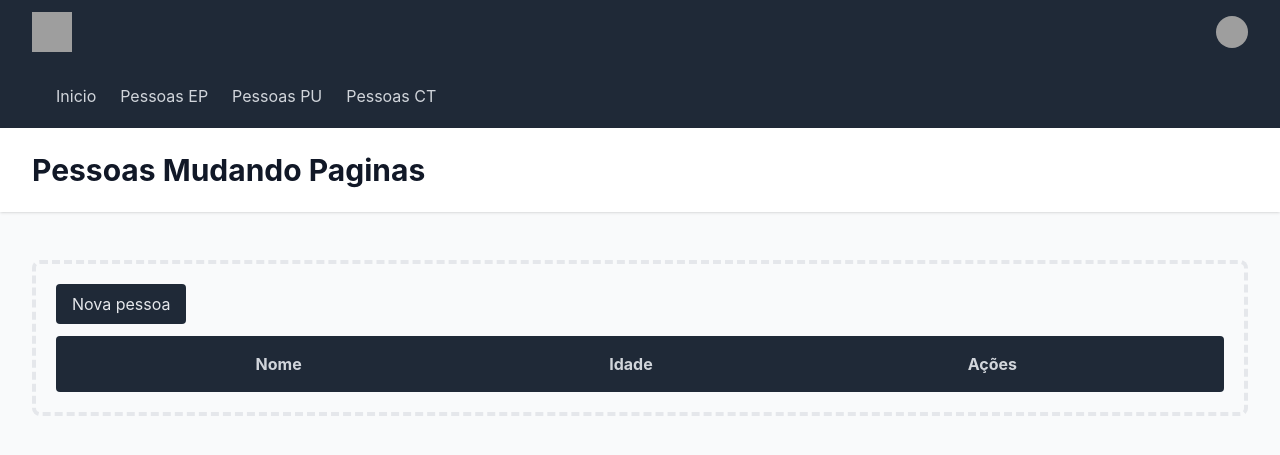
Repository: NunesXdecK/portfolio-jn-old
Page: /pessoa
An editor plug-in stored every save of this project. The page is shown before and after the next save, followed by the edit.
The browser window is 1280 px wide. The pictures show the whole page.
Pictures or frames that could not be fetched are drawn as grey boxes. The page's requests for data from a server got no answer. The project was rebuilt for these pictures with package versions that can differ from the ones it lists, and the page was loaded fresh each time. The framework's server and built-in components were replaced by stand-ins that run in the browser. No one was signed in, and anything a server would have sent is missing. Also part of the build but not shown: next.config.js.

Above is the page before, as saved 2022-01-08 12:06:19.

### src/pages/pessoa.tsx
import Botao from "../components/Botao";
import Layout from "../components/Layout";
import Tabela from "../components/Tabela";
import usePessoas from "../hooks/usePessoas";

export default function Home() {

  const {
    pessoas,
    selecionarPessoa,
    exlcuirPessoa
  } = usePessoas()

  return (
    <Layout titulo="Pessoas Mudando Paginas">
      <Botao link={true} destino="/pessoacadastro" cor="cinza">Nova pessoa</Botao>

      <Tabela
        pessoas={pessoas}
        selecionarPessoa={selecionarPessoa}
        excluirPessoa={exlcuirPessoa} />
    </Layout>
  )
}

### src/styles/globals.css
@tailwind base;
@tailwind components;
@tailwind utilities;

html, body {
  padding: 0;
  margin: 0;
  background-color: rgb(249 250 251);
  font-family: -apple-system, BlinkMacSystemFont, Segoe UI, Roboto, Oxygen,
    Ubuntu, Cantarell, Fira Sans, Droid Sans, Helvetica Neue, sans-serif;
}

a {
  color: inherit;
  text-decoration: none;
}

* {
  box-sizing: border-box;
}

### src/components/Botao.tsx
import Link from "next/link"

interface BotaoProps {
    cor?: 'verde' | 'azul' | 'cinza' | 'vermelho'
    children: any,
    onClick?: () => void,
    link?: boolean,
    destino?: string
}

export default function Botao(props: BotaoProps) {
    const cinza = "bg-gray-800 hover:bg-gray-600"
    const vermelho = "bg-red-800 hover:bg-red-600"
    const azul = "bg-blue-800 hover:bg-blue-600"
    const verde = "bg-green-800 hover:bg-green-600"
    let cor = cinza

    switch (props.cor) {
        case 'vermelho':
            cor = vermelho
            break
        case 'azul':
            cor = azul
            break
        case 'verde':
            cor = verde
            break
    }

    const styleFinal = "px-4 py-2 mb-3 mr-3 rounded text-gray-200 " + cor + " transition"

    return (
        props.link ?
            (<Link href={props.destino}>
                <button className={styleFinal}>
                    {props.children}
                </button>
            </Link>)
            : (
                <button onClick={props.onClick} className={styleFinal}>
                    {props.children}
                </button>
            )
    )
}

### src/components/Layout.tsx
import Menu from "./Menu"
import Titulo from "./Titulo"

interface LayoutProps {
    titulo?: string
    children?: any
}

export default function Layout(props: LayoutProps) {
    return (
        <div className="h-full">
            <header>
                <Menu/>
                <div className="bg-white shadow">
                    <Titulo>{props.titulo}</Titulo>
                </div>
            </header>

            <main>
                <div className="max-w-7xl mx-auto py-6 sm:px-6 lg:px-8">
                    <div className="px-4 py-6 sm:px-0">
                        <div className="p-5 border-4 border-dashed border-gray-200 rounded-lg">
                            {props.children ?? "Sem Conteúdo"}
                        </div>
                    </div>
                </div>
            </main>
        </div>
    )
}

### src/components/Tabela.tsx
import Link from "next/link";
import Pessoa from "../core/Pessoa";
import { IconeEdicao, IconeLixeira, IconeTabelaButtonEdicaoStyles, IconeTabelaButtonLixeiraStyles } from "./Icones";

interface TabelaProps {
    pessoas: Pessoa[],
    verId?: boolean,
    paginaUnica?: boolean,
    selecionarPessoa?: (pessoa: Pessoa) => void,
    excluirPessoa?: (pessoa: Pessoa) => void
}

export default function Tabela(props: TabelaProps) {

    let tdStyles = "text-center p-4"
    let tdStylesSm = tdStyles + "md:invisible"

    function renderizarCabecalho() {
        return (
            <tr>
                {props.verId ? <th className={tdStylesSm}>Código</th> : false}
                <th className={tdStyles}>Nome</th>
                <th className={tdStylesSm}>Idade</th>
                {props.selecionarPessoa || props.excluirPessoa ? (
                    <th className={tdStyles}>Ações</th>
                ) : false}
            </tr>
        )
    }

    function renderizarDados() {
        return props.pessoas?.map((pessoa, i) => {
            return (
                <tr key={pessoa.id}
                    className={`${i % 2 === 0 ? "bg-gray-100" : "bg-gray-200"}`}>
                    {props.verId ? <td className={tdStylesSm}>{pessoa.id}</td> : false}
                    <td className={tdStyles}>{pessoa.nome}</td>
                    <td className={tdStylesSm}>{pessoa.idade}</td>
                    {props.selecionarPessoa || props.excluirPessoa ? (
                        renderizarAcoes(pessoa)
                    ) : false}
                </tr>
            )
        })
    }

    function renderizaBotaoEdicao(pessoa: Pessoa) {
        let botao
        if (props.paginaUnica) {
            botao = (
                <button onClick={() => props.selecionarPessoa?.(pessoa)} className={IconeTabelaButtonEdicaoStyles}>
                    {IconeEdicao}
                </button>
            )
        } else {
            botao = (
                <Link href={{ pathname: "/pessoacadastro", query: { "id": pessoa.id, "nome": pessoa.nome, "idade": pessoa.idade } }}>
                    <button className={IconeTabelaButtonEdicaoStyles}>
                        {IconeEdicao}
                    </button>
                </Link>
            )
        }
        return botao
    }

    function renderizarAcoes(pessoa: Pessoa) {
        return (
            <td className="p-4 justify-center flex">
                {props.selecionarPessoa ? (
                    renderizaBotaoEdicao(pessoa)
                ) : false}

                {props.excluirPessoa ? (
                    <button onClick={() => props.excluirPessoa?.(pessoa)} className={IconeTabelaButtonLixeiraStyles}>{IconeLixeira}</button>
                ) : false}
            </td>
        )
    }

    return (
        <table className="w-full overflow-hidden rounded">
            <thead className="bg-gray-800 text-gray-300">
                {renderizarCabecalho()}
            </thead>
            <tbody>
                {renderizarDados()}
            </tbody>
        </table>
    )
}

### src/hooks/usePessoas.ts
import { useEffect, useState } from "react"
import Pessoa from "../core/Pessoa"
import PessoaColecao from "../db/PessoaColecao"
import useTabelaForm from "./useTabelaForm"

export default function usePessoas() {
    const repo = new PessoaColecao()

    const { tabelaVisivel, exibirTabela, exibirFormulario } = useTabelaForm()

    const [pessoa, setPessoa] = useState<Pessoa>(Pessoa.vazio())
    const [pessoas, setPessoas] = useState<Pessoa[]>([])

    useEffect(() => {
        obterPessoas()
    }, [])

    function obterPessoas() {
        repo.obterTodos().then(setPessoas)
        exibirTabela()
    }

    function obterPessoa(id: string) {
        return repo.obterPessoa(id)
    }

    function novaPessoa() {
        setPessoa(Pessoa.vazio())
        exibirFormulario()
    }

    function salvarPessoa(pessoa: Pessoa) {
        let r = repo.salvar(pessoa)
        if (r) {
            obterPessoas()
        }
    }

    function selecionarPessoa(pessoa: Pessoa) {
        setPessoa(pessoa)
        exibirFormulario()
    }

    function exlcuirPessoa(pessoa: Pessoa) {
        let r = repo.excluir(pessoa)
        if (r) {
            obterPessoas()
        }
    }

    return {
        tabelaVisivel,
        pessoa,
        pessoas,
        obterPessoas,
        obterPessoa,
        salvarPessoa,
        novaPessoa,
        selecionarPessoa,
        exlcuirPessoa
    }
}

### src/components/Menu.tsx
import Navegador from "./Navegador"

interface MenuProps {
    titulo?: any
}

export default function Menu(props: MenuProps) {
    return (
        <div className="min-h-full">
            <div className="bg-gray-800">
                <div className="max-w-7xl mx-auto px-4 sm:px-6 lg:px-8">
                    <div className="flex items-center justify-between h-16">
                        <div className="flex items-center">
                            <div className="flex-shrink-0">
                                <img
                                    className="h-10 w-10"
                                    src="https://tailwindui.com/img/logos/workflow-mark-indigo-500.svg"
                                    alt="Workflow"
                                />
                            </div>
                        </div>
                        <img
                            src="https://tailwindui.com/img/logos/workflow-mark-indigo-500.svg"
                            alt="Workflow"
                            className="h-8 w-8 rounded-full"
                        />
                    </div>

                    <div className="flex items-center justify-between">
                        <nav className="p-3 flex items-center">
                            <Navegador destino="/">Inicio</Navegador>
                            <Navegador destino="/pessoa">Pessoas EP</Navegador>
                            <Navegador destino="/pessoaPU">Pessoas PU</Navegador>
                            <Navegador destino="/pessoaCT">Pessoas CT</Navegador>
                        </nav>
                    </div>
                </div>
            </div>
        </div>
    )
}

### src/components/Titulo.tsx
interface TituloProps {
    children?: any
}

export default function Titulo(props: TituloProps) {
    return (
        <div className="max-w-7xl mx-auto py-6 px-4 sm:px-6 lg:px-8">
            <h1 className="text-3xl font-bold text-gray-900">{props.children ?? "Titulo Placeholder"}</h1>
        </div>
    )
}

### src/components/Icones.tsx
export const IconeEdicao = (
    <svg xmlns="http://www.w3.org/2000/svg" className="h-6 w-6" fill="none" viewBox="0 0 24 24" stroke="currentColor" >
        <path strokeLinecap="round" strokeLinejoin="round" strokeWidth={2} d="M11 5H6a2 2 0 00-2 2v11a2 2 0 002 2h11a2 2 0 002-2v-5m-1.414-9.414a2 2 0 112.828 2.828L11.828 15H9v-2.828l8.586-8.586z" />
    </svg>
)

export const IconeLixeira = (
    <svg xmlns="http://www.w3.org/2000/svg" className="h-6 w-6" fill="none" viewBox="0 0 24 24" stroke="currentColor">
        <path strokeLinecap="round" strokeLinejoin="round" strokeWidth={2} d="M19 7l-.867 12.142A2 2 0 0116.138 21H7.862a2 2 0 01-1.995-1.858L5 7m5 4v6m4-6v6m1-10V4a1 1 0 00-1-1h-4a1 1 0 00-1 1v3M4 7h16" />
    </svg>
)

export const IconeTabelaButtonEdicaoStyles = "flex justify-center items-center p-2 m-1 rounded-full hover:text-green-600 transition"
export const IconeTabelaButtonLixeiraStyles = "flex justify-center items-center p-2 m-1 rounded-full hover:text-red-500 transition"

### src/core/Pessoa.ts
export default class Pessoa {
    #id: string
    #nome: string
    #idade: number

    static vazio() {
        return new Pessoa("", 0)
    }

    static pessoas() {
        const pessoas = [
            new Pessoa("Natasha", 30, "1"),
            new Pessoa("Melissa", 4, "12"),
            new Pessoa("Auxiliadora", 58, "44"),
            new Pessoa("Júnior", 34, "433")
        ]
        return pessoas
    }

    constructor(nome: string, idade: number, id: string = null) {
        this.#nome = nome
        this.#idade = idade
        this.#id = id
    }

    get id() {
        return this.#id
    }

    get nome() {
        return this.#nome
    }

    get idade() {
        return this.#idade
    }
}

### src/db/PessoaColecao.ts
import Pessoa from "../core/Pessoa";
import { collection, deleteDoc, doc, getDoc, getDocs, orderBy, query, setDoc, updateDoc } from "firebase/firestore";
import { db } from "./firebaseDB";

export default class PessoaColecao {

    #conversor = {
        toFirestore(pessoa: Pessoa) {
            return {
                nome: pessoa.nome,
                idade: pessoa.idade
            }
        },
        fromFirestore(snapshot, options): Pessoa {
            const dados = snapshot?.data(options)
            return new Pessoa(dados.nome, dados.idade, snapshot?.id)
        }
    }

    async obterTodos() {
        const q = query(this.colecao(), orderBy("nome", "asc"))
        const promise = await getDocs(q)
        let pessoas = []
        promise.docs.map(doc => {
            pessoas.push(doc.data())
        })
        return pessoas
    }

    async obterPessoa(id: string) {
        let pessoa = Pessoa.vazio()
        try {
            const docRef = await doc(this.colecao(), id)
            const pesRef = getDoc(docRef)
            const data = (await pesRef).data()
            pessoa = new Pessoa(data.nome, data.idade, data.id)
            return pessoa
        } catch (e) {
            console.log(e)
            return pessoa
        }
    }

    async salvar(pessoa: Pessoa) {
        try {
            if (pessoa?.id) {
                const docRef = await doc(this.colecao(), pessoa.id)
                await updateDoc(docRef, this.#conversor.toFirestore(pessoa))
                return true
            } else {
                const docRef = await doc(this.colecao())
                await setDoc(docRef, this.#conversor.toFirestore(pessoa))
                return true
            }
        } catch (e) {
            console.log(e)
        }
        return false
    }

    async excluir(pessoa: Pessoa) {
        try {
            const docRef = await doc(this.colecao(), pessoa.id)
            await deleteDoc(docRef)
            return true
        } catch (e) {
            console.log(e)
        }
        return false
    }

    private colecao() {
        const collectionRef = collection(db, "pessoa").withConverter(this.#conversor);
        return collectionRef
    }
}

### src/hooks/useTabelaForm.ts
import { useState } from "react";

export default function useTabelaForm() {
    const t = "tabela"
    const f = "formulario"

    const [visivel, setVisivel] = useState<"tabela" | "formulario">(t)

    const exibirTabela = () => setVisivel(t)
    const exibirFormulario = () => setVisivel(f)

    return {
        tabelaVisivel: visivel === t,
        formularioVisivel: visivel === f,
        exibirTabela,
        exibirFormulario
    }
}

### src/components/Navegador.tsx
import Link from 'next/link'

interface NavegadorProps {
    children?: any
    destino: any
}

export default function Navegador(props: NavegadorProps) {
    return (
        <Link href={props.destino} passHref>
            <div className="h-10 p-3 flex rounded-md items-center cursor-pointer text text-gray-300 hover:bg-gray-700 hover:text-white ">
                {props.children ?? 'Titulo placeholder'}
            </div>
        </Link>
    )
}

### src/db/firebaseDB.ts
import { initializeApp } from "firebase/app"

import { getFirestore } from "firebase/firestore"

const firebaseConfig = {
    apiKey: process.env.NEXT_PUBLIC_FIREBASE_API_KEY,
    authDomain: process.env.NEXT_PUBLIC_FIREBASE_AUTH_DOMAIN,
    projectId: process.env.NEXT_PUBLIC_FIREBASE_PROJECT_ID
}

const app = initializeApp(firebaseConfig)
const db = getFirestore()

export { db }

Loaded but not shown: src/pages/_app.js (common file); tailwind.config.js (common file)

After the next save:
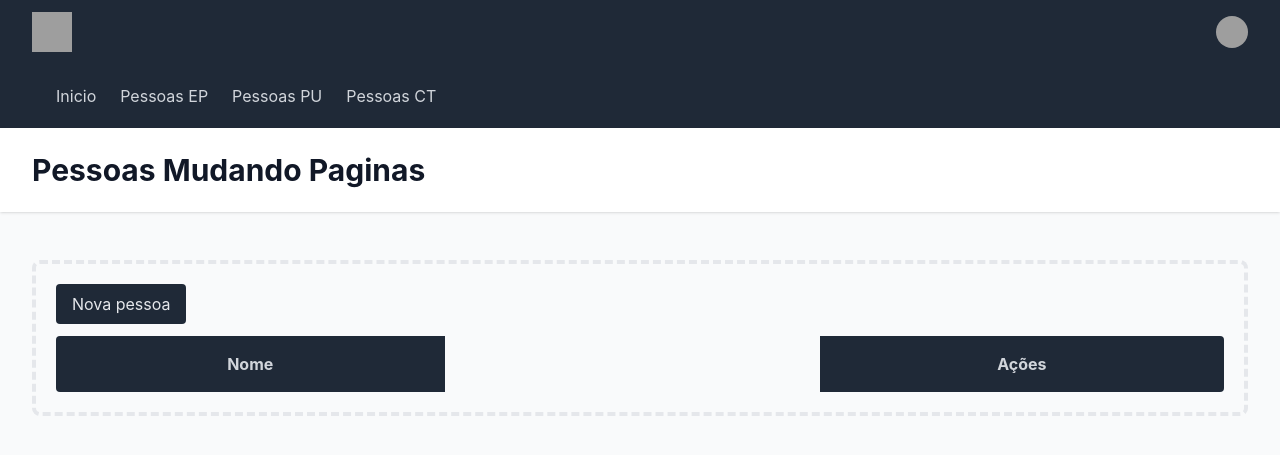
Saved 31 s later.
--- a/src/components/Tabela.tsx
+++ b/src/components/Tabela.tsx
@@ -13,7 +13,7 @@ interface TabelaProps {
 export default function Tabela(props: TabelaProps) {
 
     let tdStyles = "text-center p-4"
-    let tdStylesSm = tdStyles + "md:invisible"
+    let tdStylesSm = tdStyles + " md:invisible"
 
     function renderizarCabecalho() {
         return (
